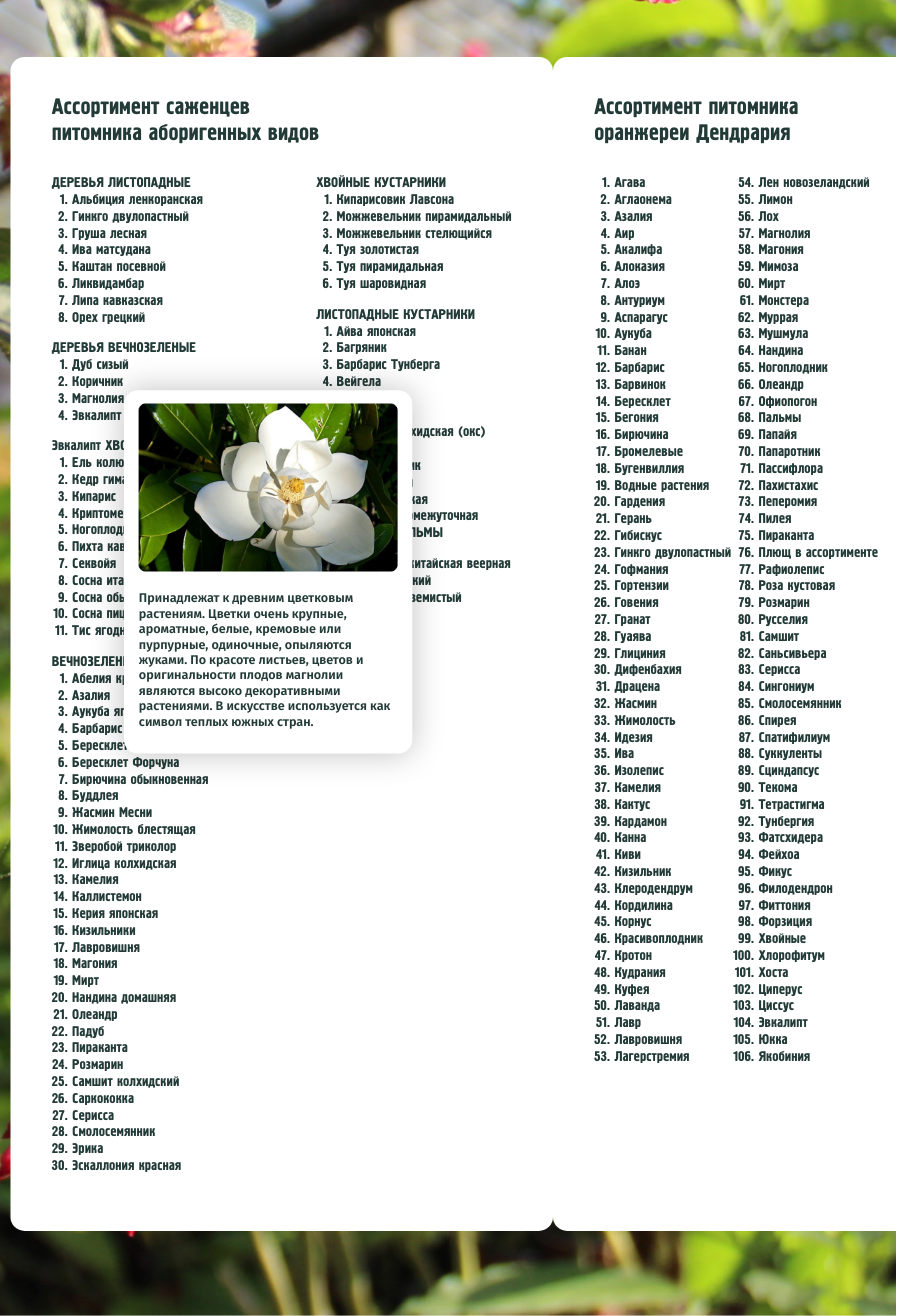
Repository: sem1103/np-sochi
Page: index.html
These files come from the project's save history. The page is drawn as it stood at one moment and after the next save; the edit follows.
The browser window is 1280 px wide. The page is 1313 px wide, so the pictures cover 1313 px, including what lies to the right of the window. The pictures show the part of the page from y = 718 to 2598 px (the page is 2598 px tall), at 70% of full size.

Above is the page before, as saved 2024-01-17 23:00:11.

After the next save:
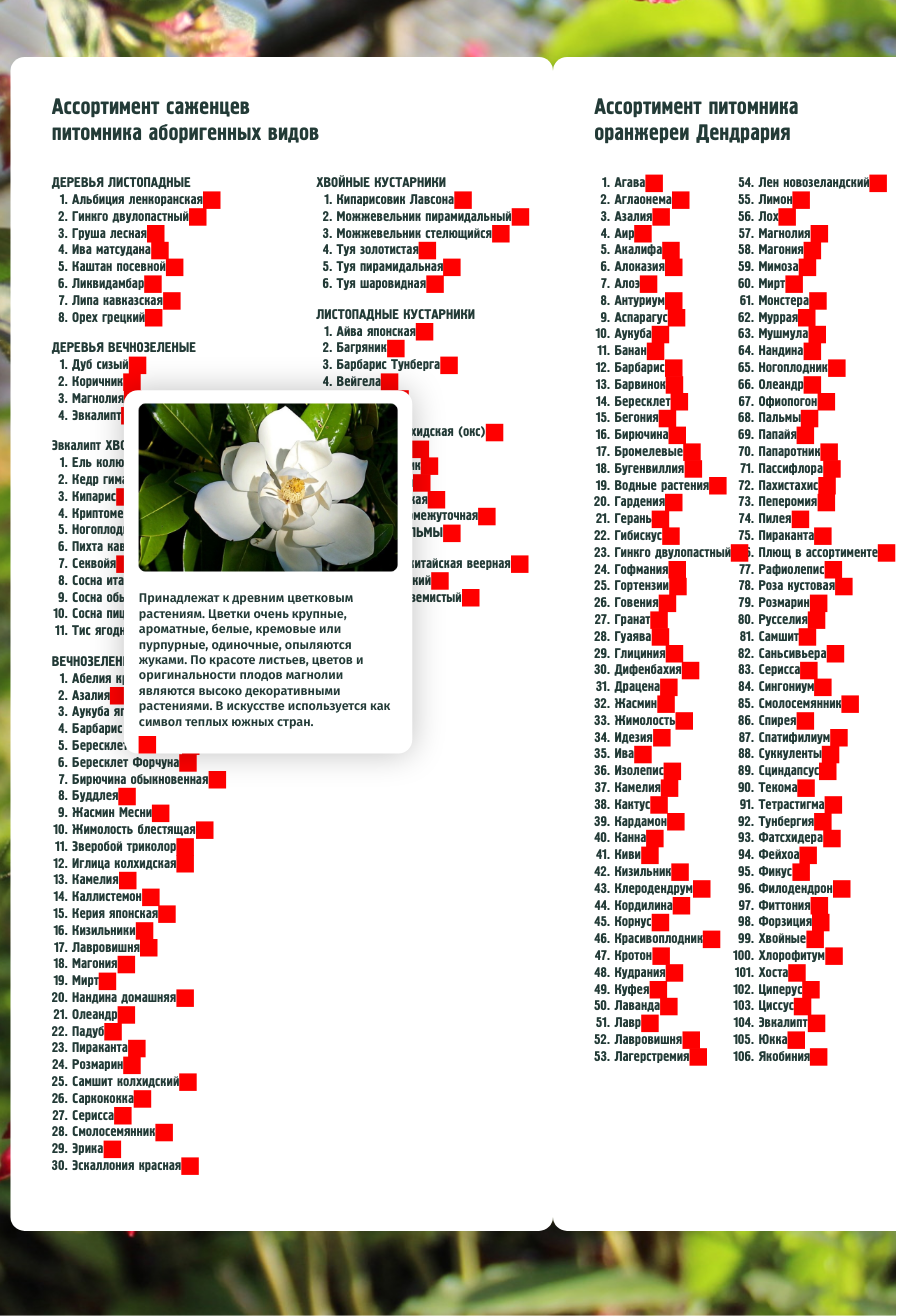
Saved 3 min 38 s later.
--- a/styles/main.css
+++ b/styles/main.css
@@ -97,6 +97,13 @@ ol div{
     position: relative;
     width: max-content;
 }
+ol div::after{
+    content: '';
+    position: absolute;
+    width: 25px;
+    height: 25px;
+    background: red;
+}
 .left__items{
     margin: 0 10px 0 0;
 }
